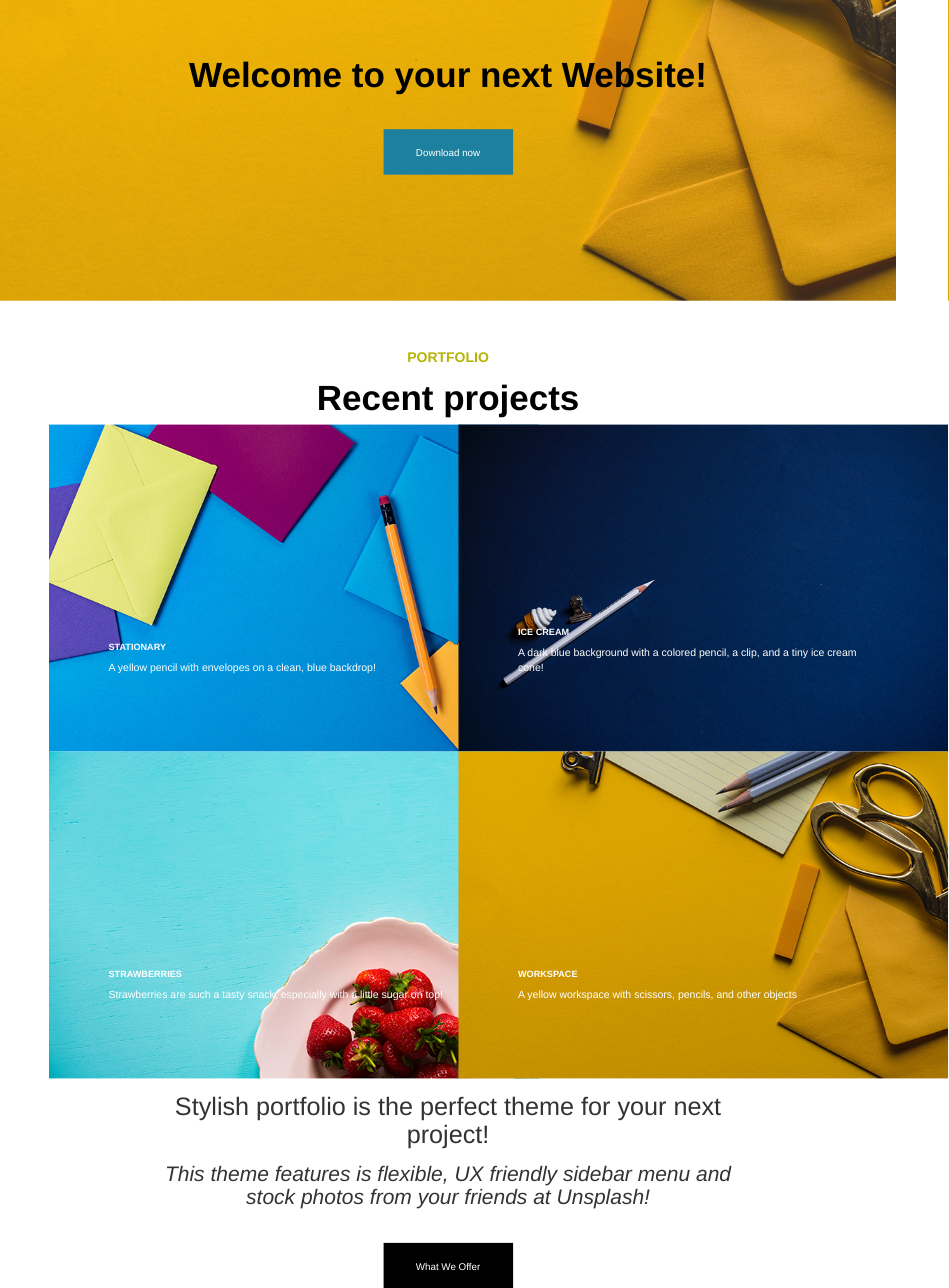
Repository: codin-full-stack/tomasz
Page: http://localhost/tomasz/portfolio/index.php
The author's editor kept a copy of each file at every save. The page is drawn from the files as they stood at one save, then again after the next save.
The browser window is 1280 px wide. The page is 1355 px wide, so the pictures cover 1355 px, including what lies to the right of the window. The pictures show the part of the page from y = 2002 to 3842 px (the page is 3842 px tall before and 3803 px after), at 70% of full size.
Some web libraries are served in a nearby version. The page is run by PHP 8.4 with error messages shown; the project is at /var/www/html/.

Above is the page before, as saved 2018-10-23 09:19:54.

After the next save:
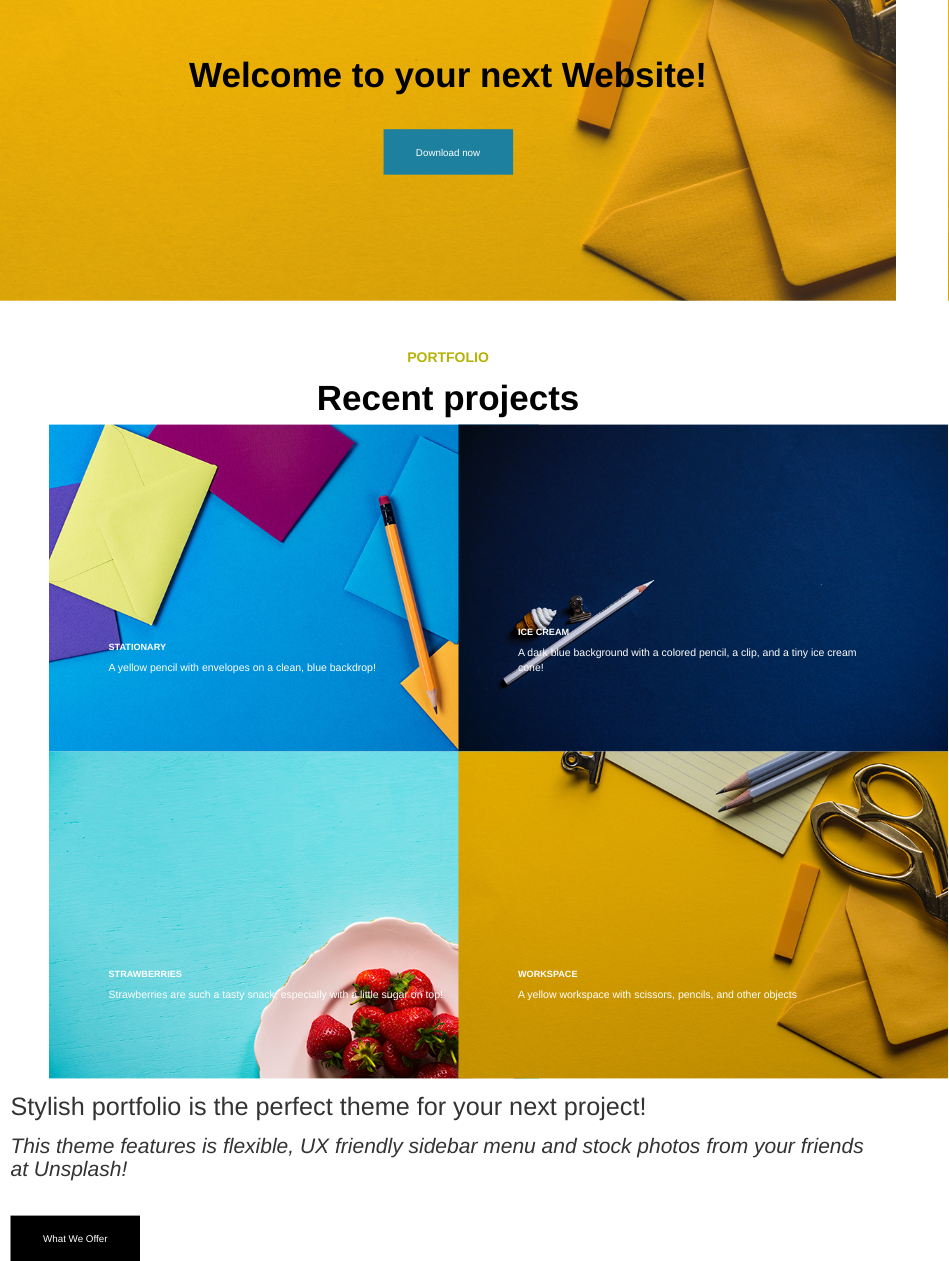
Saved 8 s later.
--- a/portfolio/index.php
+++ b/portfolio/index.php
@@ -119,7 +119,7 @@
 
     <section class="seventh">
       <div class="container-fluid flex">
-        <div class="textbox2">
+        <div class="textbox7">
           <h1 class="maintext2">Stylish portfolio is the perfect theme for your next project!</h1>
           <h2 class="secondtext2"><i>This theme features is flexible, UX friendly sidebar menu and stock photos from your friends at Unsplash!</i></h2>
           <button class="button2">What We Offer</button>
